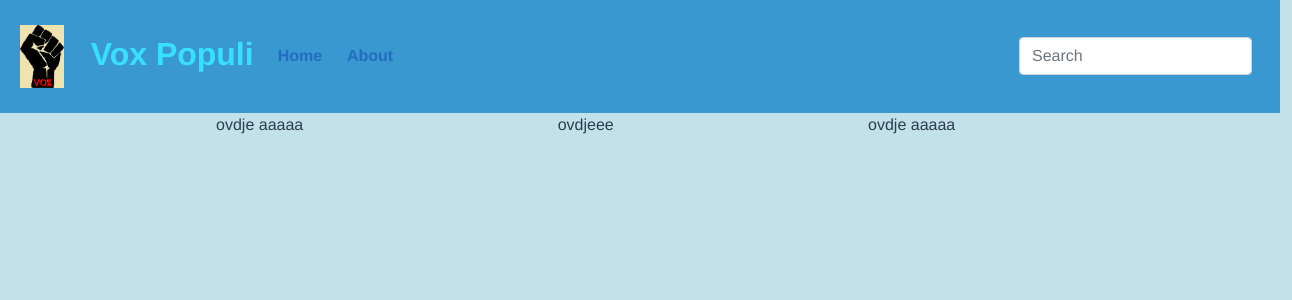
Repository: mseparov/vox-populi
Page: / (app in vox-populi/)
An editor plug-in stored every save of this project. The page is shown before and after a run of saves, followed by the edit.
The browser window is 1280 px wide. The page is 1292 px wide, so the pictures cover 1292 px, including what lies to the right of the window. The pictures show the whole page.
The project was rebuilt for these pictures with package versions that can differ from the ones it lists, and the page was loaded fresh each time.

Above is the page before, as saved 2021-08-21 17:55:57.

### vox-populi/public/index.html
<!DOCTYPE html>
<html lang="">
  <head>
    <meta charset="utf-8">
    <meta http-equiv="X-UA-Compatible" content="IE=edge">
    <meta name="viewport" content="width=device-width,initial-scale=1.0">
    <link rel="icon" href="<%= BASE_URL %>favicon.ico">
    <title><%= htmlWebpackPlugin.options.title %></title>
    <!-- CSS only -->
    <link href="https://cdn.jsdelivr.net/npm/bootstrap@5.1.0/dist/css/bootstrap.min.css" rel="stylesheet" integrity="sha384-KyZXEAg3QhqLMpG8r+8fhAXLRk2vvoC2f3B09zVXn8CA5QIVfZOJ3BCsw2P0p/We" crossorigin="anonymous">
  </head>
  <body>
    <noscript>
      <strong>We're sorry but <%= htmlWebpackPlugin.options.title %> doesn't work properly without JavaScript enabled. Please enable it to continue.</strong>
    </noscript>
    <div id="app"></div>
    <!-- built files will be auto injected -->
  </body>
</html>

### vox-populi/src/App.vue
<template>
  <div id="app">
    <nav id="nav" class="navbar navbar-expand-lg navbar-light">

      <!-- <div class="container-fluid"> -->
      <a class="navbar-brand" href="http://localhost:8080/">
      <img src="@/assets/Vox2.png" id="home_title" alt="" width="44"  class="d-inline-block align-text-centre">
      &nbsp; Vox Populi
      </a>

      <button
      class="navbar-toggler"
      type="button"
      data-toggle="collapse"
      data-target="#navbarToggler"
      aria-controls="navbarToggler"
      aria-expanded="false"
      aria-label="Toggle navigation"
      >
      <span class="navbar-toggler-icon"></span>
      </button>

      <div class="collapse navbar-collapse" id="navbarToggler">
        <ul class="navbar-nav me-auto mb-2 mb-lg-0">
          <li class="nav-item">
          <router-link to="/" class="nav-link">Home &nbsp;</router-link>
          </li>

          <li class="nav-item">
          <router-link to="/about" class="nav-link">About</router-link>
          </li>

        </ul>

          <form class="d-flex">
        <input class="form-control me-2" type="search" placeholder="Search" aria-label="Search">
      </form>

      </div>

    </nav>

    <router-view/>

  </div>

</template>

<style lang="scss">

body{
background-color: rgba(157, 207, 219, 0.61)
}

#app {
  font-family: Avenir, Helvetica, Arial, sans-serif;
  -webkit-font-smoothing: antialiased;
  -moz-osx-font-smoothing: grayscale;
  text-align: center;
  color: #2c3e50;
}


#nav {
  padding: 20px;
  background-color: #3998cf;
  a {
    font-weight: bold;
    color: #1556b8a4;
    text-decoration: none;

    &.router-link-exact-active {
      color: #1556b8a4;
    }

  }
  a.navbar-brand{
    font-size: 2rem;
    color: #39e0fd;
  }

}
</style>

### vox-populi/src/views/Home.vue
<template>

  <div class="row">

    <div class="col-1">

    </div>

    <div class="col-3">
      ovdje aaaaa
    </div>

    <div class="col-3">
    ovdjeee
    </div>

    <div class="col-3">
      ovdje aaaaa
    </div>

    <div class="col-1">

    </div>



  </div>

</template>


<style>

</style>

<script>

</script>

Loaded but not shown: vox-populi/src/main.js (common file); vox-populi/src/router/index.js (common file)

After the next 8 saves:
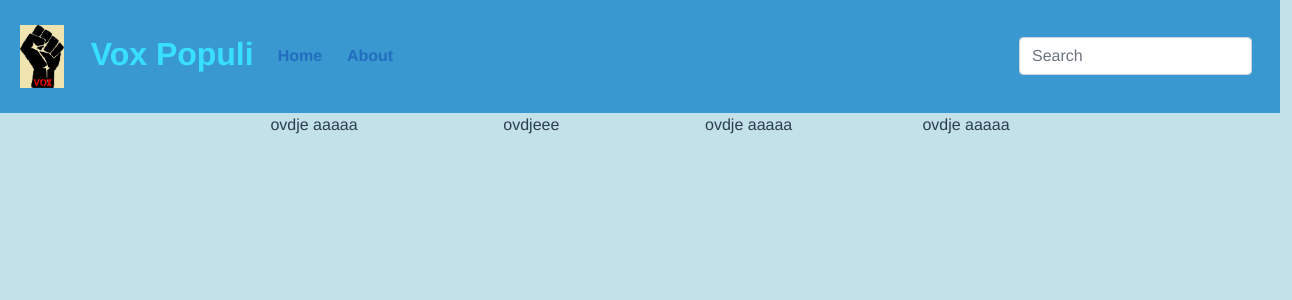
The 8 saves are shown as one change because they came seconds apart.
The last was saved 24 s later.
--- a/vox-populi/src/views/Home.vue
+++ b/vox-populi/src/views/Home.vue
@@ -2,26 +2,29 @@
 
   <div class="row">
 
-    <div class="col-1">
+    <div class="col-2">
 
     </div>
 
-    <div class="col-3">
+    <div class="col-2">
       ovdje aaaaa
     </div>
 
-    <div class="col-3">
+    <div class="col-2">
     ovdjeee
     </div>
 
-    <div class="col-3">
+    <div class="col-2">
       ovdje aaaaa
+    </div>
+
+    <div class="col-2">
+     ovdje aaaaa
     </div>
 
     <div class="col-1">
 
     </div>
-
 
 
   </div>
